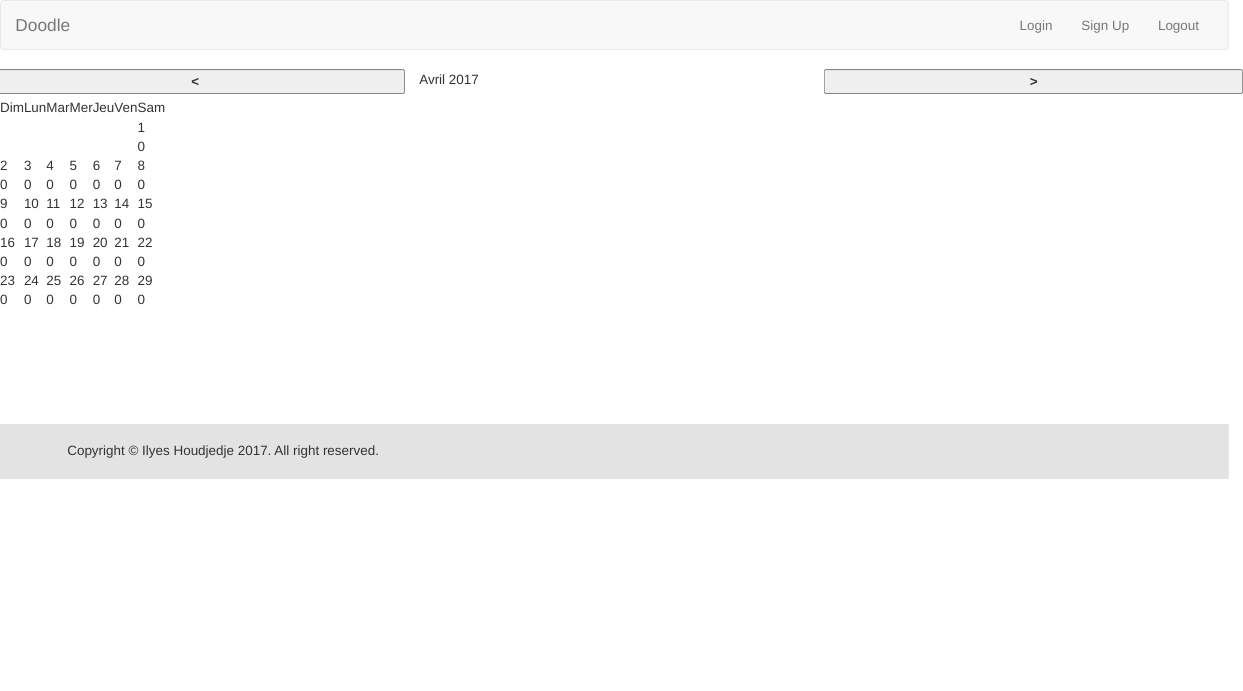
Repository: ihoudjedje/doodle-lite
Page: views/dashboard.ejs
The author's editor kept a record of every edit. The page is drawn from the files as they stood at one moment, then again after the next edit.
The browser window is 1280 px wide. The page is 1295 px wide, then 1280 px, so the pictures cover 1295 px, including what lies to the right of the window. The pictures show the whole page, at 96% of full size.
The page is served by the project's Node server (index.js). Other server files are loaded and not shown. The template is opened directly, without the code that normally fills it, so the values that code supplies are empty.

Above is the page before.

### views/dashboard.ejs
<% include partials/header %>



			<h4 class='color_find' id='<%= color%>'></h4>
			<div class="row">
			<button class="col-md-4 bottons" id='prec_button' type="button" class="btn btn-secondary"><strong><</strong></button>
			<div class="col-md-4" id="Calendar_title"></div>
			<button class="col-md-4 bottons" id='next_button' type="button" class="btn btn-secondary"><strong>></strong></button>
			</div>
			<div id="caleandar_head"></div>
			<div id="caleandar"></div>

            <script type="text/javascript" src="/stylesheets/calendar.js"></script>
            <br><br><br><br><br><br>


<!--<% include partials/footer %>

### views/partials/header.ejs
<!DOCTYPE html>
<html>
    <head>
        <title>Doodle</title>
        <link rel="stylesheet" href="https://maxcdn.bootstrapcdn.com/bootstrap/3.3.5/css/bootstrap.min.css">
        <link rel="stylesheet" href="/stylesheets/app.css">
    </head>
    <body>
    <nav class="navbar navbar-default">
        <div class="container-fluid">
            <div class="navbar-header">
                <a class="navbar-brand" href="/">Doodle</a>
            </div>
            <div class="collapse navbar-collapse">
                <ul class="nav navbar-nav navbar-right">
                    <li><a href="/login">Login</a></li>
                    <li><a href="/register">Sign Up</a></li>
                    <li><a href="/logout">Logout</a></li>
                </ul>
            </div>
        </div>
    </nav>

### views/partials/footer.ejs
<link href="//maxcdn.bootstrapcdn.com/font-awesome/4.2.0/css/font-awesome.min.css" rel="stylesheet">


<footer>
    <div class="footer" id="footer">
        <div class="container">
            <div class="row">
                <div class="col-lg-2  col-md-2 col-sm-4 col-xs-6">
                    <h3> Lorem Ipsum </h3>
                    <ul>
                        <li> <a href="#"> Lorem Ipsum </a> </li>
                        <li> <a href="#"> Lorem Ipsum </a> </li>
                        <li> <a href="#"> Lorem Ipsum </a> </li>
                        <li> <a href="#"> Lorem Ipsum </a> </li>
                    </ul>
                </div>
                <div class="col-lg-2  col-md-2 col-sm-4 col-xs-6">
                    <h3> Lorem Ipsum </h3>
                    <ul>
                        <li> <a href="#"> Lorem Ipsum </a> </li>
                        <li> <a href="#"> Lorem Ipsum </a> </li>
                        <li> <a href="#"> Lorem Ipsum </a> </li>
                        <li> <a href="#"> Lorem Ipsum </a> </li>
                    </ul>
                </div>
                <div class="col-lg-2  col-md-2 col-sm-4 col-xs-6">
                    <h3> Lorem Ipsum </h3>
                    <ul>
                        <li> <a href="#"> Lorem Ipsum </a> </li>
                        <li> <a href="#"> Lorem Ipsum </a> </li>
                        <li> <a href="#"> Lorem Ipsum </a> </li>
                        <li> <a href="#"> Lorem Ipsum </a> </li>
                    </ul>
                </div>
                <div class="col-lg-2  col-md-2 col-sm-4 col-xs-6">
                    <h3> Lorem Ipsum </h3>
                    <ul>
                        <li> <a href="#"> Lorem Ipsum </a> </li>
                        <li> <a href="#"> Lorem Ipsum </a> </li>
                        <li> <a href="#"> Lorem Ipsum </a> </li>
                        <li> <a href="#"> Lorem Ipsum </a> </li>
                    </ul>
                </div>
                <div class="col-lg-3  col-md-3 col-sm-6 col-xs-12 ">
                    <h3> Lorem Ipsum </h3>
                    <ul>
                        <li>
                            <div class="input-append newsletter-box text-center">
                                <input type="text" class="full text-center" placeholder="Email ">
                                <button class="btn  bg-gray" type="button"> Lorem ipsum <i class="fa fa-long-arrow-right"> </i> </button>
                            </div>
                        </li>
                    </ul>
                    <ul class="social">
                        <li> <a href="#"> <i class=" fa fa-facebook">   </i> </a> </li>
                        <li> <a href="#"> <i class="fa fa-twitter">   </i> </a> </li>
                        <li> <a href="#"> <i class="fa fa-google-plus">   </i> </a> </li>
                        <li> <a href="#"> <i class="fa fa-pinterest">   </i> </a> </li>
                        <li> <a href="#"> <i class="fa fa-youtube">   </i> </a> </li>
                    </ul>
                </div>
            </div>
            <!--/.row-->
        </div>
        <!--/.container-->
    </div>
    <!--/.footer-->

    <div class="footer-bottom">
        <div class="container">
            <p class="pull-left"> Copyright © Ilyes Houdjedje 2017. All right reserved. </p>
            <div class="pull-right">
                <ul class="nav nav-pills payments">
                	<li><i class="fa fa-cc-visa"></i></li>
                    <li><i class="fa fa-cc-mastercard"></i></li>
                    <li><i class="fa fa-cc-amex"></i></li>
                    <li><i class="fa fa-cc-paypal"></i></li>
                </ul>
            </div>
        </div>
    </div>
    <!--/.footer-bottom-->
</footer>
</body>
</html>

### index.js
var express               = require("express"),
    mongoose              = require("mongoose"),
    passport              = require("passport"),
    bodyParser            = require("body-parser"),
    User                  = require("./models/user"),
    LocalStrategy         = require("passport-local");

mongoose.connect("mongodb://localhost/doodle_db_3");
var app = express();
app.set('view engine', 'ejs');
app.use(express.static("public"));
app.use(bodyParser.urlencoded({extended: true}));
app.use(require("express-session")({
    secret : "Ilyes Houdjedje",
    resave: false,
    saveUninitialized: false
}));

app.use(passport.initialize());
app.use(passport.session());

passport.use(new LocalStrategy(User.authenticate()));
passport.serializeUser(User.serializeUser());
passport.deserializeUser(User.deserializeUser());

// User.create(
//     {
//         username : "yassou",
//         password: "yassou",
//         color: "red"
// }, function(err, user){
//     if(err){
//         console.log(err);

//     }else{
//         console.log("it works!!!!!!!!!!!!!!!!!!!!!!!!!!");
//         console.log(user);
//     }
// });



app.get("/", function(req, res){
    res.render("home");
});



function isLoggedIn(req, res, next){
    if(req.isAuthenticated()){
        return next();
    }
    res.redirect("/home");
}

//show sign up form
app.get("/home", function(req, res){
   res.render("home");
});

// here i'm using the middleware model     //this is not working, see the .post belo, to solve it https://goo.gl/mon3Z0    https://goo.gl/ytq95m
app.get("/dashboard",isLoggedIn, function(req, res){
   res.render("dashboard");
});

//handling user sign up
app.post("/register", function(req, res){
    User.register(new User({username: req.body.username}), req.body.password, function(err, user){
        if(err){
            console.log(err);
            return res.render('home');
        }
        passport.authenticate("local")(req, res, function(){
        //res.redirect("dashboard", {color: req.body.color });
        res.render("dashboard", {color: req.body.color });

        });
    });
});

// LOGIN ROUTES
//render login form
// app.get("/home", function(req, res){
//   res.render("home");
// });
//login logic
//middleware
app.post("/login", passport.authenticate("local", {
    successRedirect: "/dashboard",
    failureRedirect: "/home"
}) ,function(req, res){
});

app.get("/logout", function(req, res){
    req.logout();
    res.redirect("/");
});





app.listen(process.env.PORT, process.env.IP, function(){
    console.log("my server has been started...finally!!");
})

### public/stylesheets/app.css
.full {
    width: 100%;
}
.gap {
	height: 30px;
	width: 100%;
	clear: both;
	display: block;
}
.footer {
	background: #EDEFF1;
	height: auto;
	padding-bottom: 30px;
	position: relative;
	width: 100%;
	border-bottom: 1px solid #CCCCCC;
	border-top: 1px solid #DDDDDD;
}
.footer p {
	margin: 0;
}
.footer img {
	max-width: 100%;
}
.footer h3 {
	border-bottom: 1px solid #BAC1C8;
	color: #54697E;
	font-size: 18px;
	font-weight: 600;
	line-height: 27px;
	padding: 40px 0 10px;
	text-transform: uppercase;
}
.footer ul {
	font-size: 13px;
	list-style-type: none;
	margin-left: 0;
	padding-left: 0;
	margin-top: 15px;
	color: #7F8C8D;
}
.footer ul li a {
	padding: 0 0 5px 0;
	display: block;
}
.footer a {
	color: #78828D
}
.supportLi h4 {
	font-size: 20px;
	font-weight: lighter;
	line-height: normal;
	margin-bottom: 0 !important;
	padding-bottom: 0;
}
.newsletter-box input#appendedInputButton {
	background: #FFFFFF;
	display: inline-block;
	float: left;
	height: 30px;
	clear: both;
	width: 100%;
}
.newsletter-box .btn {
	border: medium none;
	-webkit-border-radius: 3px;
	-moz-border-radius: 3px;
	-o-border-radius: 3px;
	-ms-border-radius: 3px;
	border-radius: 3px;
	display: inline-block;
	height: 40px;
	padding: 0;
	width: 100%;
	color: #fff;
}
.newsletter-box {
	overflow: hidden;
}
.bg-gray {
	background-image: -moz-linear-gradient(center bottom, #BBBBBB 0%, #F0F0F0 100%);
	box-shadow: 0 1px 0 #B4B3B3;
}
.social li {
	background: none repeat scroll 0 0 #B5B5B5;
	border: 2px solid #B5B5B5;
	-webkit-border-radius: 50%;
	-moz-border-radius: 50%;
	-o-border-radius: 50%;
	-ms-border-radius: 50%;
	border-radius: 50%;
	float: left;
	height: 36px;
	line-height: 36px;
	margin: 0 8px 0 0;
	padding: 0;
	text-align: center;
	width: 36px;
	transition: all 0.5s ease 0s;
	-moz-transition: all 0.5s ease 0s;
	-webkit-transition: all 0.5s ease 0s;
	-ms-transition: all 0.5s ease 0s;
	-o-transition: all 0.5s ease 0s;
}
.social li:hover {
	transform: scale(1.15) rotate(360deg);
	-webkit-transform: scale(1.1) rotate(360deg);
	-moz-transform: scale(1.1) rotate(360deg);
	-ms-transform: scale(1.1) rotate(360deg);
	-o-transform: scale(1.1) rotate(360deg);
}
.social li a {
	color: #EDEFF1;
}
.social li:hover {
	border: 2px solid #2c3e50;
	background: #2c3e50;
}
.social li a i {
	font-size: 16px;
	margin: 0 0 0 5px;
	color: #EDEFF1 !important;
}
.footer-bottom {
	background: #E3E3E3;
	border-top: 1px solid #DDDDDD;
	padding-top: 10px;
	padding-bottom: 10px;
}
.footer-bottom p.pull-left {
	padding-top: 6px;
}
.payments {
	font-size: 1.5em;
}

### public/stylesheets/calendar.js
var cal_days_labels = ['Dim', 'Lun', 'Mar', 'Mer', 'Jeu', 'Ven', 'Sam'];

var cal_months_labels = ['Janvier', 'Fevrier', 'Mars', 'Avril',
    'Mai', 'Juin', 'Juiller', 'Aout', 'Septembre',
    'Octobre', 'Novembre', 'Decembre'
];

var cal_days_in_month = [31, 28, 31, 30, 31, 30, 31, 31, 30, 31, 30, 31];

var today = new Date();
var month = today.getMonth();
var year = today.getFullYear();
// new Calendar(month, year).getCalendar;



//------------------------------------------------------------------------------------------------------------------------------------

// // Constructor
// function Calendar(month, year){
//  this.month = month;
//  this.year = year;
// }

// Calendar.prototype.getCalendar = function(){
// compensate for leap year

if (month == 1) { // February only!
    if ((year % 4 == 0 && year % 100 != 0) || year % 400 == 0) {
        monthLength = 29;
    }
}

// find number of days in month
var monthLength = cal_days_in_month[month];

// get first day of month
var firstDay = new Date(year, month, 1);
var startingDay = firstDay.getDay();

var div1 = document.getElementById('Calendar_title');
div1.id = 'my_calendar_title';
var div2 = document.getElementById('caleandar_head');
var div3 = document.getElementById('caleandar');
var table = document.createElement('table');
table.id = 'my_calendar';

var tr_head = document.createElement("tr");
var p_title = document.createElement('p');
p_title.id = 'my_calendar_title';




//Calendar title
var monthName = cal_months_labels[month];
p_title.innerHTML = monthName + " " + year;
div1.appendChild(p_title);



for (var i = 0; i < cal_days_labels.length; i++) {
    var td_head = document.createElement('td');
    td_head.innerHTML = cal_days_labels[i];
    tr_head.appendChild(td_head);
}
table.appendChild(tr_head);
div2.appendChild(table);

// fill in the days
var day = 1;
var tableau = [];
var mini_tableau = [];
// this loop is for weeks (rows)
for (var i = 0; i < 10; i++) {
    var tr = document.createElement('tr');
    tableau[i] = [];
    // this loop is for week days (cells)
    for (var j = 0; j < cal_days_labels.length; j++) {
        var td_body = document.createElement('td');
        //td_body.dataset.column = j;
        //tr.appendChild(td_body);
        //tableau[i][j] = td_body;
        td_body.id = 'td_main_table';
        td_body.addEventListener('click', function(){
            mini_tableau[5][5].innerHTML = '0';
        });
        var mini_table = document.createElement('table');
        mini_table.id = 'my_mini_table';

        // creating the mini table
        for (var k = 0; k < 6; k++) {
            var tr_mini_table = document.createElement('tr');
           // tr_mini_table.dataset.coloum = k;
            mini_tableau[k] = [];
            for (var l = 0; l < 6; l++) {

                var td_mini_table = document.createElement('td');
                td_mini_table.dataset.column = l;
                tr_mini_table.appendChild(td_mini_table);
                mini_tableau[k][l] = td_mini_table;

                if (k == 0 && l == 0) {
                    td_mini_table.colSpan = "6";
                    td_mini_table.classList.add('first_row_mini_table');
                    break;
                }
            }
            mini_table.appendChild(tr_mini_table);

        }

        td_body.appendChild(mini_table);
        /*      td_body.dataset.row = j;
              tableau[i][j] = td_body;*/
        tr.appendChild(td_body);

        if (day <= monthLength && (i > 0 || j >= startingDay)) {
            mini_tableau[0][0].innerHTML = day;
            mini_tableau[5][5].innerHTML = '0';
            day++;
        }
        else {
            td_body.innerHTML = '';
        }

    }


    // stop making rows if we've run out of days
    if (day > monthLength) {
        td_body.innerHTML = '';
        tableau[i][j] = td_body;
        break;
    }
    else {
        tableau[i][j] = td_body;
    }
    table.appendChild(tr);
}
div3.appendChild(table);


div3.addEventListener('click', function(e) {
  //  alert(event.target.dataset.column);

    //   for (var i = 0; i < 6; i++) {
    //         for (var j = 0; i < 6; i++) {
    // if (!mini_tableau[5][5].style.color) {

    // var color_find = document.querySelector('.color_find');
    //       mini_tableau[5][the_column].innerHTML = '5';

    //          }
    //     //   }

    //   }
});


//---------------------------------------------------------------------------------------------------------------------------


document.querySelector('#next_button').addEventListener('click', function() {

});


document.querySelector('#prec_button').addEventListener('click', function() {

    // new Calendar(month--, year).getCalendar;
    // alert("hello");

});

### public/stylesheets/calendar.css
#td_main_table {
    width: 120px;
    height: 120px;
    border: 2px blue inset;
    cursor: pointer;
    text-align: center;
}
#my_calendar_title{
    font-size: 30px;
    font-weight: bold;
    text-align: center;
}
#my_mini_table td{
    width: 20px;
    height: 20px;
}

.first_row_mini_table{
    border-bottom: 2px blue inset;
    font-size: 20px;
    font-weight: bold;
}
#my_calendar{
    margin-left: auto;
    margin-right: auto;
}
.row{
    max-width: 800px;


}
.bottons{
    margin-top: 5px;
}

After the next edit:
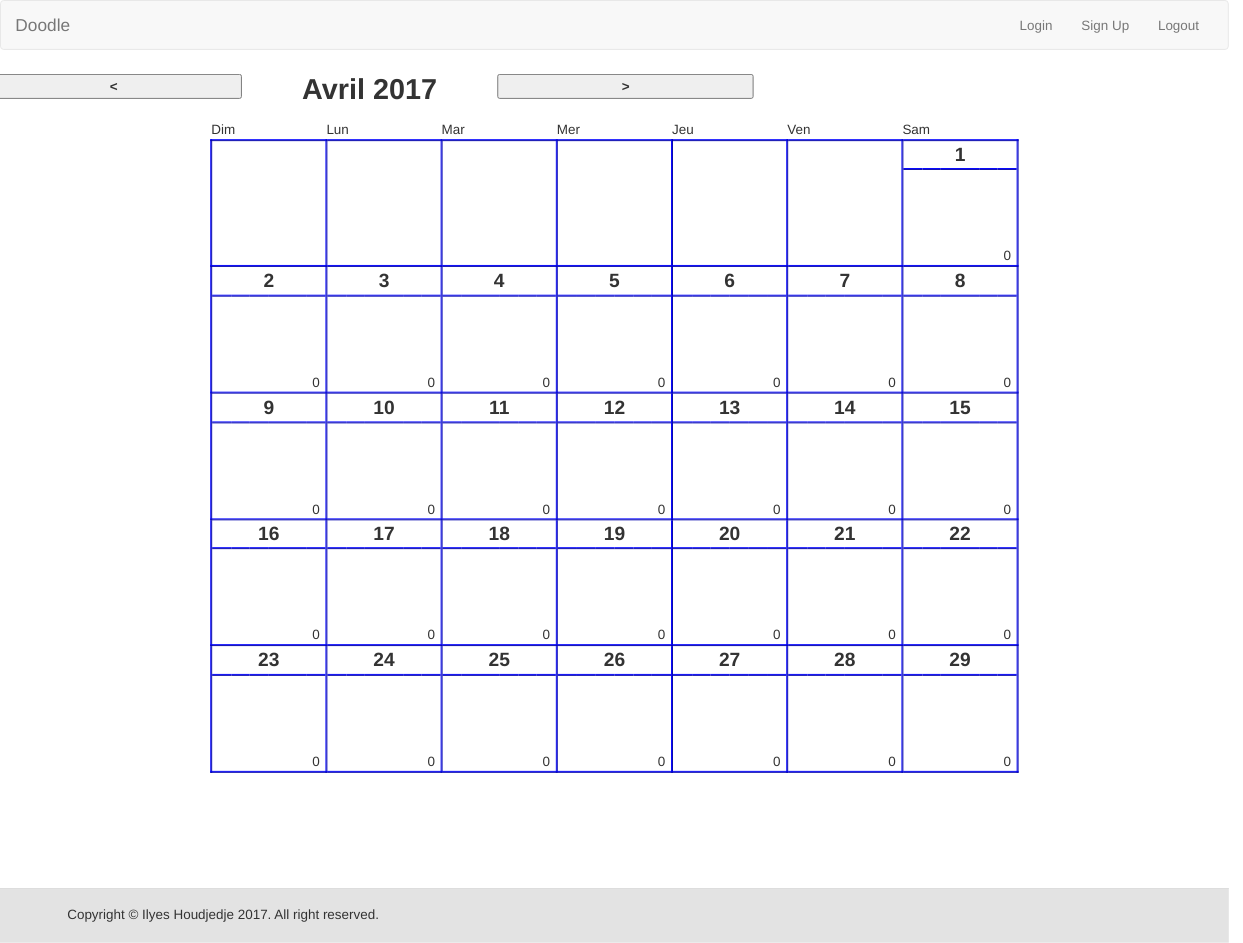
The edit:
--- a/views/partials/header.ejs
+++ b/views/partials/header.ejs
@@ -4,6 +4,8 @@
         <title>Doodle</title>
         <link rel="stylesheet" href="https://maxcdn.bootstrapcdn.com/bootstrap/3.3.5/css/bootstrap.min.css">
         <link rel="stylesheet" href="/stylesheets/app.css">
+        <link rel="stylesheet" type="text/css" href="/stylesheets/calendar.css">
+
     </head>
     <body>
     <nav class="navbar navbar-default">
